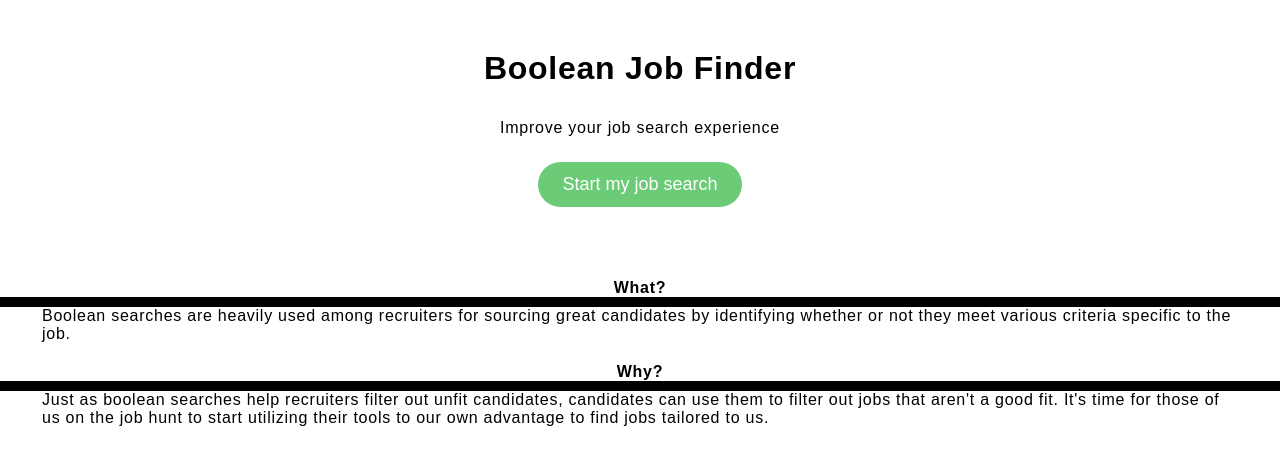
Repository: Rthompson2548/boolean-job-searcher
Page: /
These files come from the project's save history. The page is drawn as it stood at one moment and after the next save; the edit follows.
The browser window is 1280 px wide. The pictures show the whole page.
The project was rebuilt for these pictures with package versions that can differ from the ones it lists, and the page was loaded fresh each time.

Above is the page before, as saved 2022-04-05 14:09:37.

### public/index.html
<!DOCTYPE html>
<html lang="en">
  <head>
    <meta charset="utf-8" />
    <link rel="icon" href="%PUBLIC_URL%/favicon.ico" />
    <meta name="viewport" content="width=device-width, initial-scale=1" />
    <meta name="theme-color" content="#000000" />
    <meta
      name="description"
      content="Web site created using create-react-app"
    />
    <link rel="preconnect" href="https://fonts.googleapis.com">
    <link rel="preconnect" href="https://fonts.gstatic.com" crossorigin>
    <link href="https://fonts.googleapis.com/css2?family=Inconsolata&family=League+Spartan&display=swap" rel="stylesheet">

    <title>React App</title>
  </head>
  <body>
    <noscript>You need to enable JavaScript to run this app.</noscript>
    <div id="root"></div>
    <!--
      This HTML file is a template.
      If you open it directly in the browser, you will see an empty page.

      You can add webfonts, meta tags, or analytics to this file.
      The build step will place the bundled scripts into the <body> tag.

      To begin the development, run `npm start` or `yarn start`.
      To create a production bundle, use `npm run build` or `yarn build`.
    -->
  </body>
</html>

### src/App.js
import "./styles.css";
// import { CopyToClipboard } from "react-copy-to-clipboard";
import React, { useState, useEffect, useRef } from "react";



export default function App() {
  let searchCategories = [
    "Experience",
    "Location",
    "Tech Stack",
    "Title",
    "Technologies",
    "Company"
  ];

let defaultCategories = [
  {
    id: 1,
    name: "Experience",
    placeholders: ["Junior", "Entry", "Grad", "Student"]
  },
  {
    id: 2,
    name: "Location",
    placeholders: ["Junior", "Entry", "Grad", "Student"]
  },
  {
    id: 3,
    name: "End",
    placeholders: ["Junior", "Entry", "Grad", "Student"]
  },
  {
    id: 4,
    name: "Title",
    placeholders: ["Junior", "Entry", "Grad", "Student"]
  },
  {
    id: 5,
    name: "Technologies",
    placeholders: ["Junior", "Entry", "Grad", "Student"]
  },
  {
    id: 6,
    name: "Company Name",
    placeholders: ["Junior", "Entry", "Grad", "Student"]
  }
];


const [copyString, setCopyString] = useState("");
const [addCategory, setAddCategory] = useState(false);
const [addCategoryBtnText, setAddCategoryBtnText] = useState(
"Start my job search"
)
const [category, setCategory] = useState("");
const [categoryChosen, setCategoryChosen] = useState(false);
const [categoryOptions, setCategoryOptions] = useState(false);
const [showCategoryForm, setShowCategoryForm] = useState(false);
const [showNewCategoryButton, setShowNewCategoryButton] = useState(true);
const [showName, setShowName] = useState(false);
const [showForm, setShowForm] = useState(false);
const [showAddWordBtn, setShowAddWordBtn] = useState(false)
const [word, setWord] = useState("");
const [list, setList] = useState([]);
const [show, setShow] = useState(false);
const [finishBtn, setFinishBtn] = useState(false);
const [finished, setFinished] = useState(false);
const [result, setResult] = useState([]);
const [doneWarning, setDoneWarning] = useState(false);
const [goodbyeMessage, setGoodbyeMessage] = useState(false);


const handleNewCategory = () => {
  setCategory("");
  setAddCategoryBtnText("Add a category");
  setShowNewCategoryButton(false);
  setFinishBtn(false);
  setCategoryOptions(true);
  setCategoryChosen(false);
};



const handleCustomCategory = () => {
  setShowCategoryForm(true);
  setCategoryOptions(false);
};


const handleCategoryNameChange = event => {
  setCategory(event.target.value);
};

const submitCategory = () => {
  setAddCategory(false);
  setShowName(true);
  setShowNewCategoryButton(false);
  setShowAddWordBtn(true);
  setShowForm(true);
  setShowCategoryForm(false);
};


const handleAddWord = () => {
  setShowForm(true);
  setCategoryOptions(false);
  setCategoryChosen(true);
};


const handleCategoryClick = event => {
  setCategory(event.target.value);
  setCategoryChosen(true);
};


const handleWordChange = event => {
  setWord(event.target.value);
};


  const [noLetters, setNoLetters] = useState(false);

  const submitAsteriskWord = () => {
    if (word.length <= 1) {
      setNoLetters(true);
    } else {
      setList((prevList) => [...prevList, `"${word}*"`]);
      setWord("");
      setShow(true);
      console.log(word);
    }
  };

  const submitWord = () => {
    if (word.length <= 1) {
      setNoLetters(true);
    } else {
      setList((prevList) => [...prevList, `"${word}"`]);
      setWord("");
      setShow(true);
      console.log(word);
    }
  };

  useEffect(() => {
    setCategory(category);
  }, [category]);

  let booleanString = `(${list.join(" OR ")})`;

  const handleSubmitCategoryWords = () => {
    setShowNewCategoryButton(true);
    setShow(false);
    setShowName(false);
    setShowForm(false);
    setFinishBtn(true);
    setResult((previousResult) => [...previousResult, booleanString]);
    console.log(result.join(" AND "));
    console.log(`list: ${list}`);
    setList([]);
    console.log(`list: ${list}`);
    setCopyString(result.join(" AND "));
  };

  const handleGenerateString = () => {
    setFinished(true);
    setFinishBtn(false);
    setShowNewCategoryButton(false);
    setDoneWarning(false);
    // setGoodbyeMessage(true);
  };

const handleDone = () => {
  setDoneWarning(true);
  setFinished(false);
};


const handleConfirmFinished = () => {
  setDoneWarning(false);
  setGoodbyeMessage(true);
  setShow(false);
  setFinished(false);
};



  return (
    <div className="App">
      <div className="header">
        <h1 className="app-title">Boolean Job Finder</h1>
        <p>Improve your job search experience</p>
        <button className="start-btn" onClick={handleNewCategory}>
          {addCategoryBtnText}
        </button>

      </div>
      <div>
    </div>


      {categoryOptions === true && (
        <div>
          <div>
<p className="pick-a-category-txt">Click a category below to start</p>


            {/* iterates through array of category names and returns a button for each */}
            <div className="category-btns">
              {searchCategories.map((value, i) => (
                <button
                  id="category-btn"
                  className="category-btn"
                  key={i}
                  value={searchCategories[i]}
                  onClick={handleCategoryClick}
                >
                  {value}
                </button>
              ))}

            </div>

{
  categoryChosen === true && (
    <button className="continue-btn" onClick={handleAddWord}>
      Continue
    </button>
  )
}
          </div>
        </div>
      )}

{
  showCategoryForm === true && (
    <div>
      <label>Enter a custom category name</label>
      <input
        placeholder="Enter category name"
        onChange={handleCategoryNameChange}
        value={category}
      />

<button onClick={submitCategory}>Submit</button>;

    </div>
  )
}

      {showForm === true && (
        <div className="keyword-form">
          <h1>{category}</h1>

          <div className="keyword-form-info">
            <div>
              <label>Enter 1 or more keywords</label>
            </div>
            <input
              placeholder="Enter two or more letters..."
              value={word}
              onChange={handleWordChange}
            />
          </div>

          <div className="keyword-btns">
            <button onClick={submitWord}>Include exact keyword</button>
            <button onClick={submitAsteriskWord}>
              Include similar keywords
            </button>

          </div>


        </div>
      )}

      {show === true && (
        <div className="keyword-string">
          <h4>{booleanString}</h4>
        </div>
      )}

      {showForm === true && (
        <div>
          <button className="continue-btn" onClick={handleSubmitCategoryWords}>
            Continue
          </button>
        </div>
      )}

      {showNewCategoryButton === true && (
        <div>
          <div className="what-why">
            <div className="what-why-info">
              <h4>What?</h4>
              <p>
                Boolean searches are heavily used among recruiters for sourcing great
                candidates by identifying whether or not they meet various criteria specific
                to the job.
              </p>
            </div>
            <div className="what-why-info">
              <h4>Why?</h4>
              <p>
                Just as boolean searches help recruiters filter out unfit candidates, candidates can use them to filter out jobs that aren't a good fit. It's time for those of us on the job hunt to start utilizing their tools to our own advantage to find jobs tailored to us.
              </p>
            </div>
          </div>


        </div>
      )}


      {finishBtn === true && (
        <div>
          <button className="done-btn" onClick={handleGenerateString}>
            Submit
          </button>
        </div>
      )}

      {finished === true && (
        <div className="boolean-string">
          <p value={copyString}>{result.join(" AND ")}</p>
          <button className="done-btn" onClick={handleDone}>
            Done
          </button>
        </div>
      )}

      {doneWarning === true && (
        <div className="boolean-string">
          <p>Are you sure? This cannot be undone</p>
          <button className="done-btn" onClick={handleConfirmFinished}>
            Yes, I am done
          </button>
        </div>
      )}

      {goodbyeMessage === true && (
        <div className="goodye-msg boolean-string">
<p>Goodbye!</p>;

          <button
            className="start-btn"
            onClick={() => window.location.reload(false)}
          >
            Home
          </button>
        </div>
      )}
    </div>
  );
}

### src/styles.css
* {
  margin: 0;
  padding: 0;
  background-color: #fff;
  color: #000;
  /* padding: 18px 0; */
}

.App {
  font-family: sans-serif;
  text-align: center;
  letter-spacing: 0.75px;
}

.header {
  line-height: 2rem;
  letter-spacing: 0.75px;
  padding: 52px 0;
}

img {
  width: 250px;
  height: auto;
}

button {
  /* width: 300px; */
  border-radius: 25px;
  background-color: #fff;
  color: #000;
  border: none;
  margin: 18px 0 0 0;
  font-size: 18px;
}

.app-title {
  margin-bottom: 28px;
  font-size: 32px;
}

h3 {
  font-size: 22px;
}

.what-why-info {
  background-color: #000;
}

.what-why p {
  text-align: left !important;
  padding: 0 42px;
}

.what-why h4 {
  margin: 20px 0 10px 0;
}


.start-btn {
  background-color: #6bcb77 !important;
  color: #fff;
  font-size: 18px;
  vertical-align: middle;
  padding: 12px 24px;
}

.pick-a-category-txt {
  font-size: 18px;
  margin-bottom: 12px;
}

input {
  background-color: #fff;
  font-size: 18px;
  color: #000;
  width: 260px;
  border: 1.5px solid black;
  border-radius: 25px;
}

label {
  font-size: 20px;
}

.category-btns {
  /* center the element */
  right: 0;
  left: 0;
  margin-right: auto;
  margin-left: auto;
  display: flex;
  flex-direction: column;
  align-items: center;
}

.category-btns button {
  background-color: #ff6b6b;
  color: #fff;
  padding: 12px 42px;
  width: 300px;
}

.category-buttons button:active,
button:focus {
  /* color: #fff !important;
  background-color: #FFD93D !important; */
}

.category-buttons button:visited:after {
  color: #fff !important;
  background-color: #000 !important;
}

.continue-btn {
  background-color: #4d96ff;
  color: #fff;
}

.keyword-form-info {
  margin-top: 24px;
}

.keyword-form-info input {
  padding: 10px 24px 10px 10px;
  margin-top: 16px;
}

.keyword-btns {
  display: flex;
  flex-direction: column;
  align-items: center;
  margin: 10px 0 24px 0;
}

.keyword-btns button {
  background-color: #ff6b6b;
  color: #fff;
  font-size: 18px;
}

.keyword-string {
  padding: 20px;
  font-size: 20px;
  line-height: 2rem;
}

.goodye-msg {
  /* padding-top: 25%; */
  font-size: 42px !important;
}

.goodye-msg button {
  /* background-color: #4D96FF !important; */
  /* vertical-align: middle !important; */
}

.boolean-string {
  font-size: 32px;
  font-weight: bold;
  padding-top: 10%;
}


.boolean-string button {
  background-color: #fa58bc;
  color: #fff;
}

.done-btn {
  background-color: #4d96ff !important;
  color: #fff;
  font-size: 22px;
  vertical-align: middle;
  width: 400px;
  padding: 20px 0;
  margin-top: 36px;
}

.home-btn {
  background-color: #6bcb77 !important;
}

Loaded but not shown: src/index.js (common file); src/index.css (no stored copy; drawn as an empty file)

After the next save:
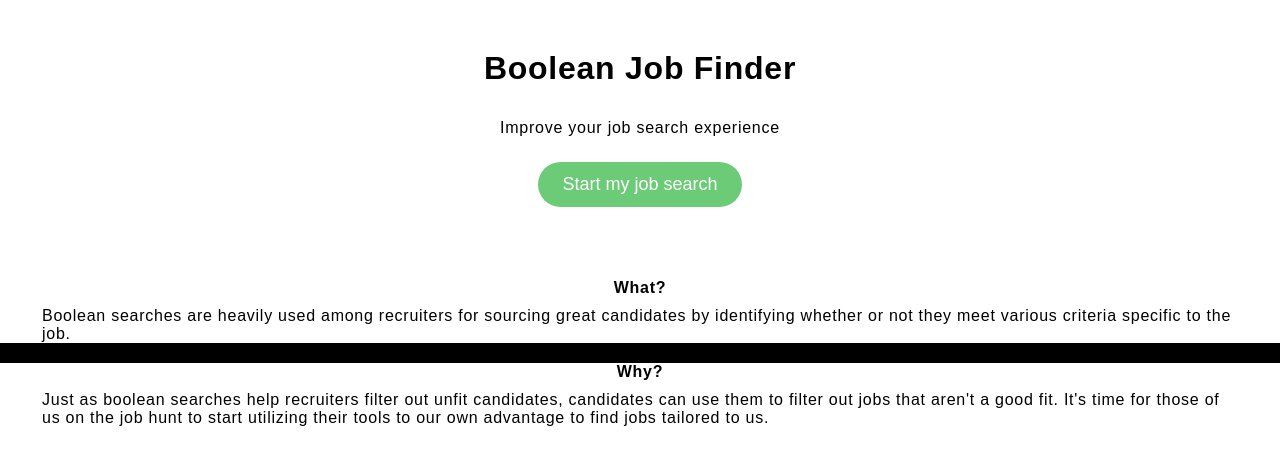
Saved 8 s later.
--- a/src/styles.css
+++ b/src/styles.css
@@ -42,7 +42,7 @@ h3 {
   font-size: 22px;
 }
 
-.what-why-info {
+.what-why {
   background-color: #000;
 }
 
